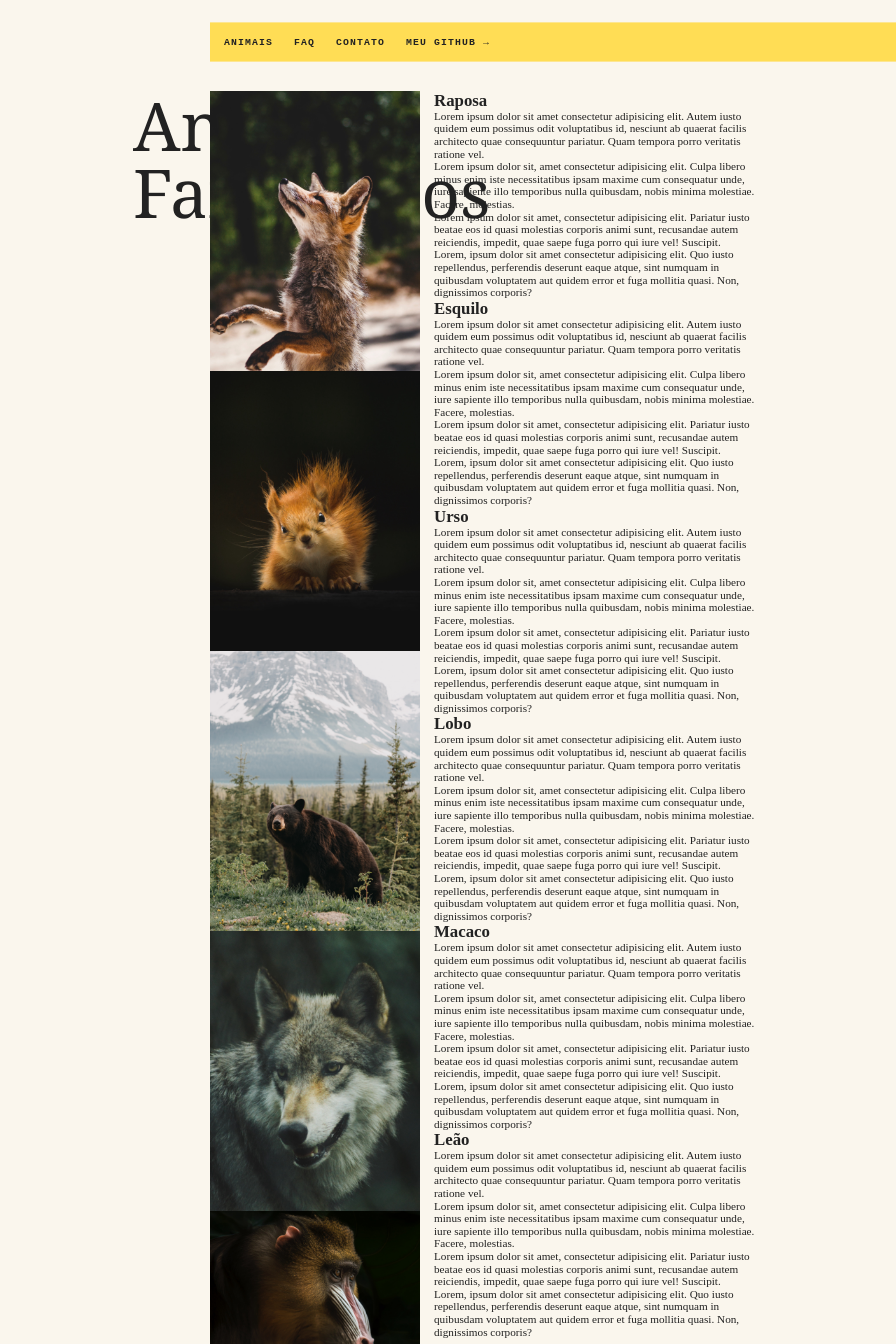
Repository: meiotera/animaisPagina
Page: index.html
The author's editor kept a copy of each file at every save. The page is drawn from the files as they stood at one save, then again after the next save.
The browser window is 1280 px wide. The pictures show the part of the page from y = 0 to 1920 px (the page is 3802 px tall before and 4276 px after), at 70% of full size.

Above is the page before, as saved 2025-05-02 10:01:19.

After the next save:
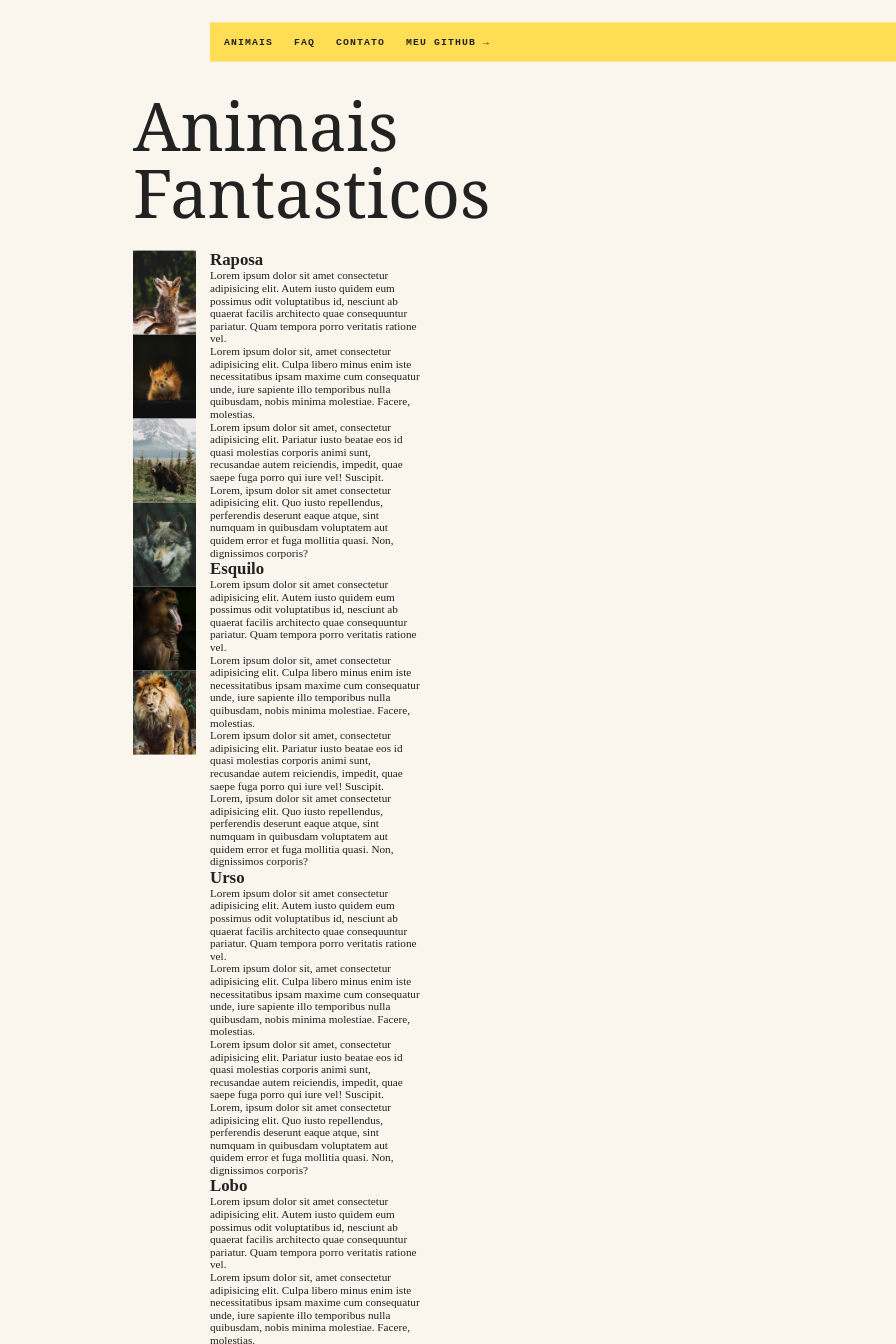
Saved 12 s later.
--- a/css/style.css
+++ b/css/style.css
@@ -73,4 +73,5 @@
   line-height: 1;
   font-weight: normal;
   margin-bottom: 1rem;
+  grid-column: 1/4;
 }
